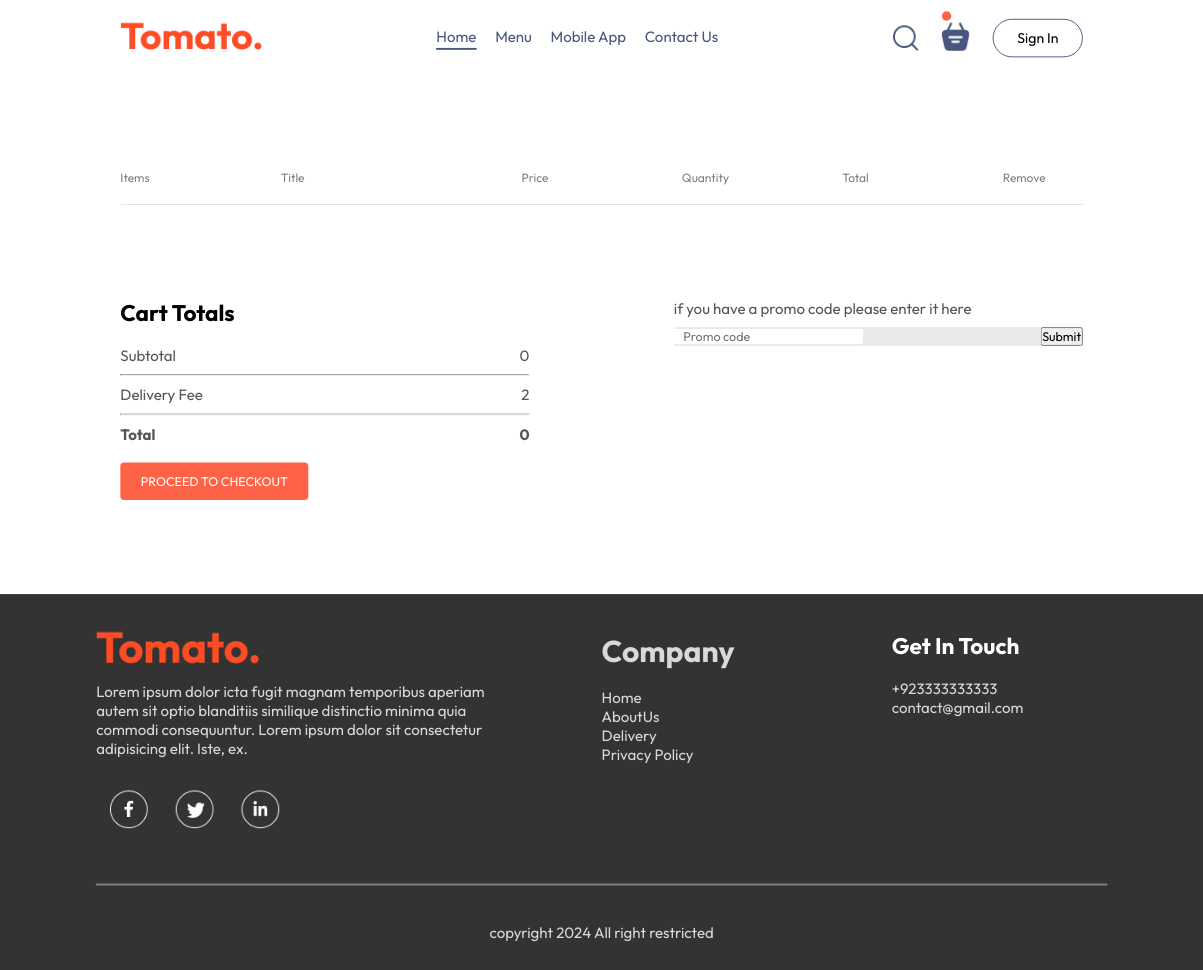
Repository: Attar786/Food-ordering-app
Page: /cart (app in frontend/)
These files come from the project's save history. The page is drawn as it stood at one moment and after the next save; the edit follows.
The browser window is 1280 px wide. The pictures show the whole page, at 94% of full size.
The project was rebuilt for these pictures with package versions that can differ from the ones it lists, and the page was loaded fresh each time. Also part of the build but not shown: frontend/vite.config.js, frontend/src/components/Header/Header.css, frontend/src/components/Header/Header.jsx, frontend/src/components/ExploreMenu/ExploreMenu.css, frontend/src/components/ExploreMenu/ExploreMenu.jsx, frontend/src/components/FoodDisplay/FoodDisplay.css, frontend/src/components/FoodItem/FoodItem.css, frontend/src/components/FoodItem/FoodItem.jsx and 8 more.

Above is the page before, as saved 2024-07-30 16:52:08.

After the next save:
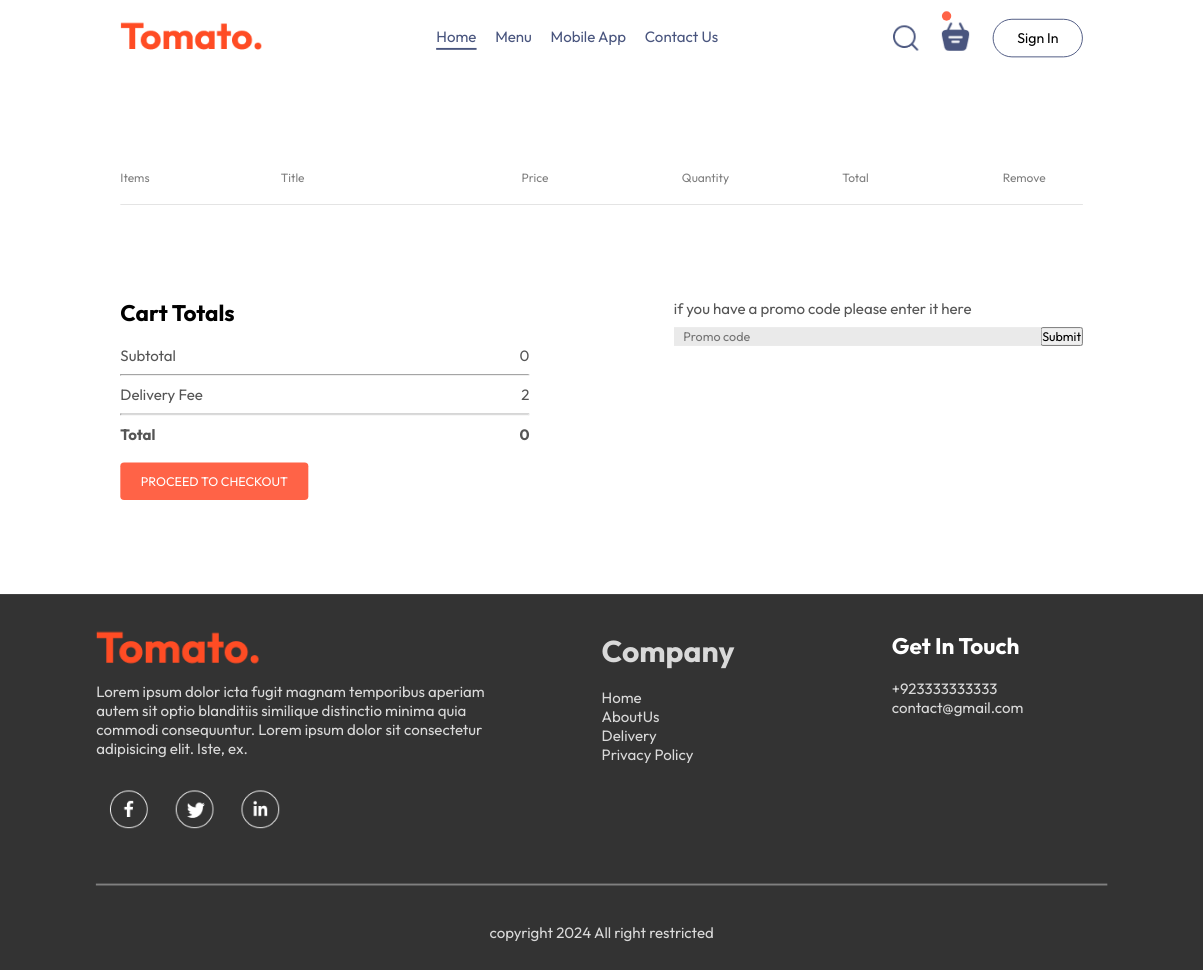
Saved 15 s later.
--- a/frontend/src/pages/Cart/Cart.css
+++ b/frontend/src/pages/Cart/Cart.css
@@ -72,6 +72,7 @@ gap: max(12vw,20px);
 }
 .cart-promocode-input input{
     border: none;
+    background: transparent;
     outline: none;
     padding-left: 10px;
 }
